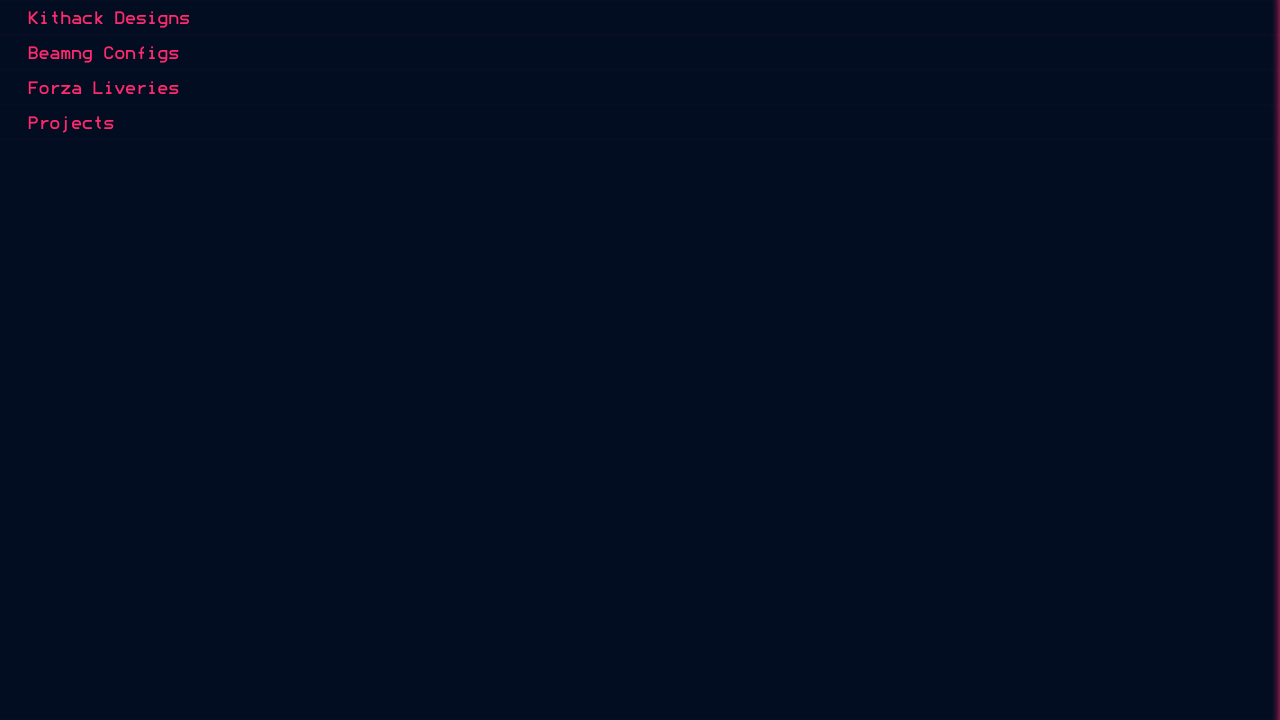
Repository: Pamishly/PamishlysPlayPlace
Page: navbar.html
These files come from the project's save history. The page is drawn as it stood at one moment and after the next save; the edit follows.
The browser window is 1280 px wide. The pictures show the whole page.
The first `#ppp` is checked.

Above is the page before, as saved 2024-09-11 21:11:25.

After the next save:
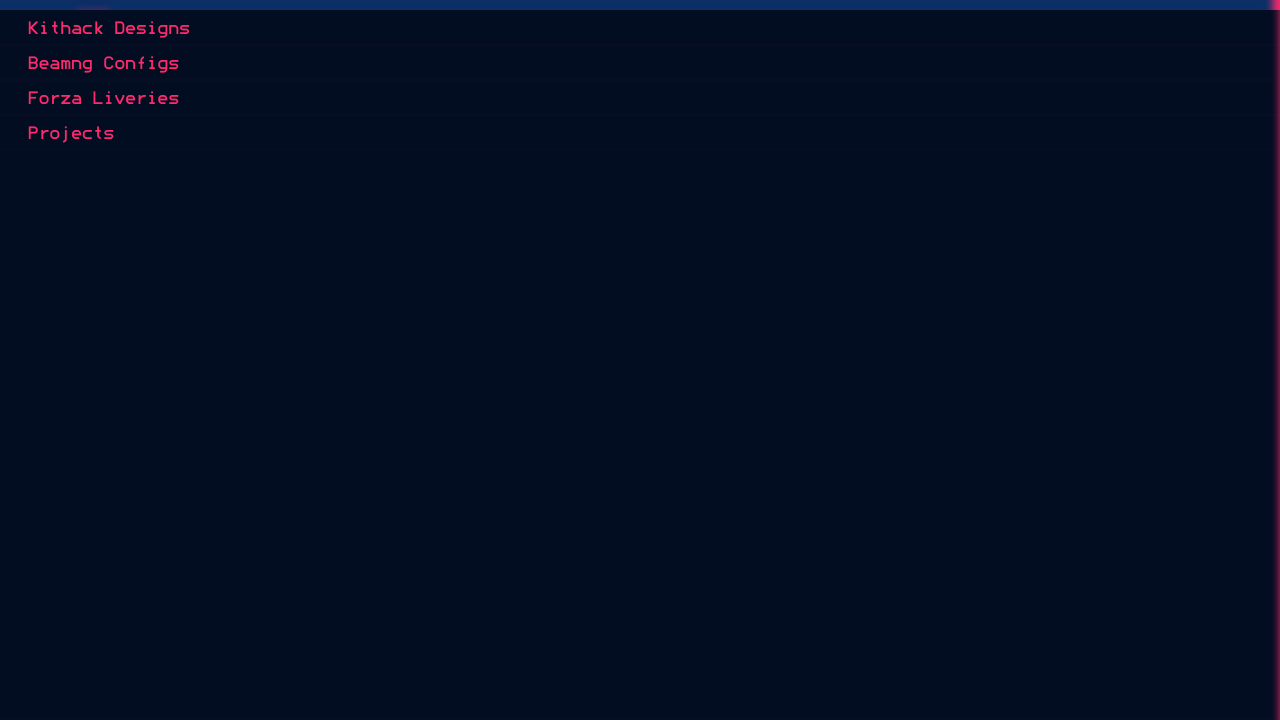
Saved 14 s later.
--- a/main.css
+++ b/main.css
@@ -106,7 +106,7 @@
 	display: none;
 }
 #ppp:checked + li {
-	height: 0px;
+	height: 10px;
 }
 #preferences:checked + li {
     height: 67px;
